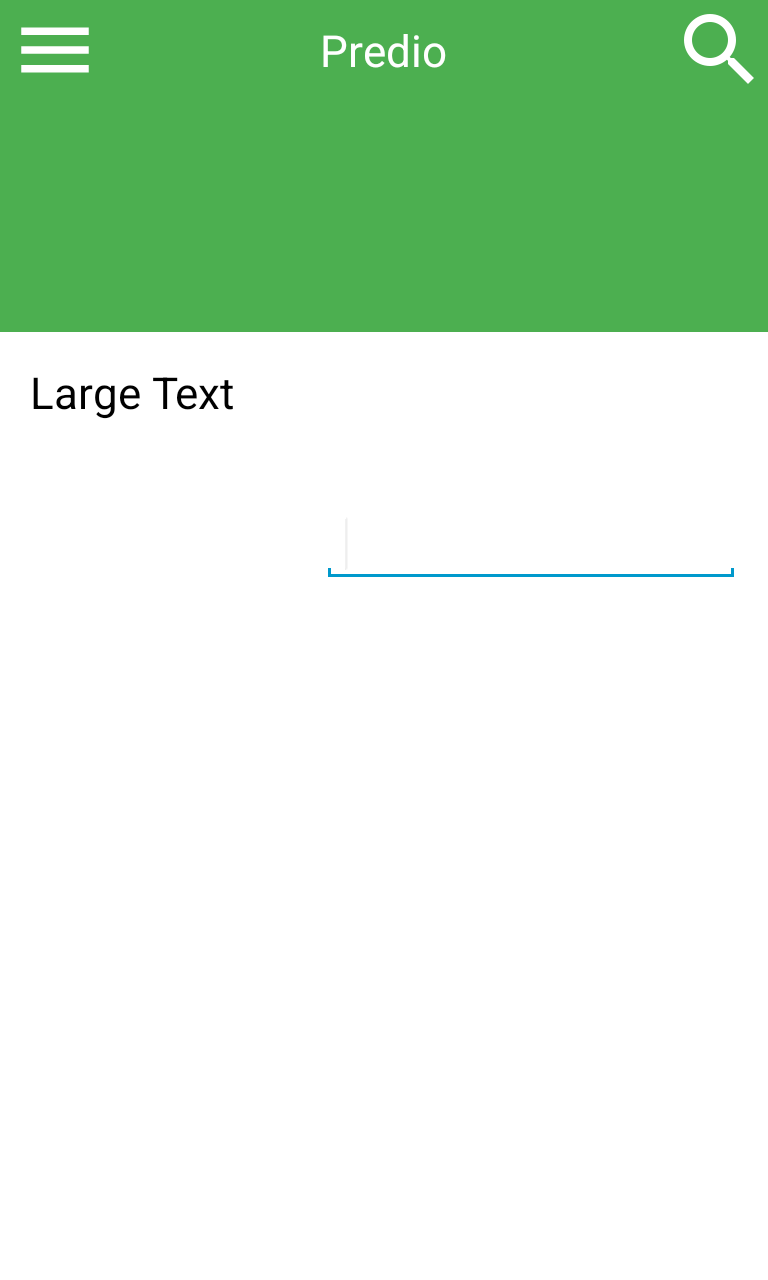
Repository: danielctf/Chilterra
Layout: Proyectos/Animales/res/layout/activity_baja_ganado.xml
These files come from the project's save history. The layout is drawn as it stood at one moment and after the next save; the edit follows.
It is drawn on a 768 x 1280 px phone screen (xhdpi) without system bars, with theme AppTheme; the app's code is not run.

Above is the layout before, as saved 2015-10-09 14:39:08.

After the next save:
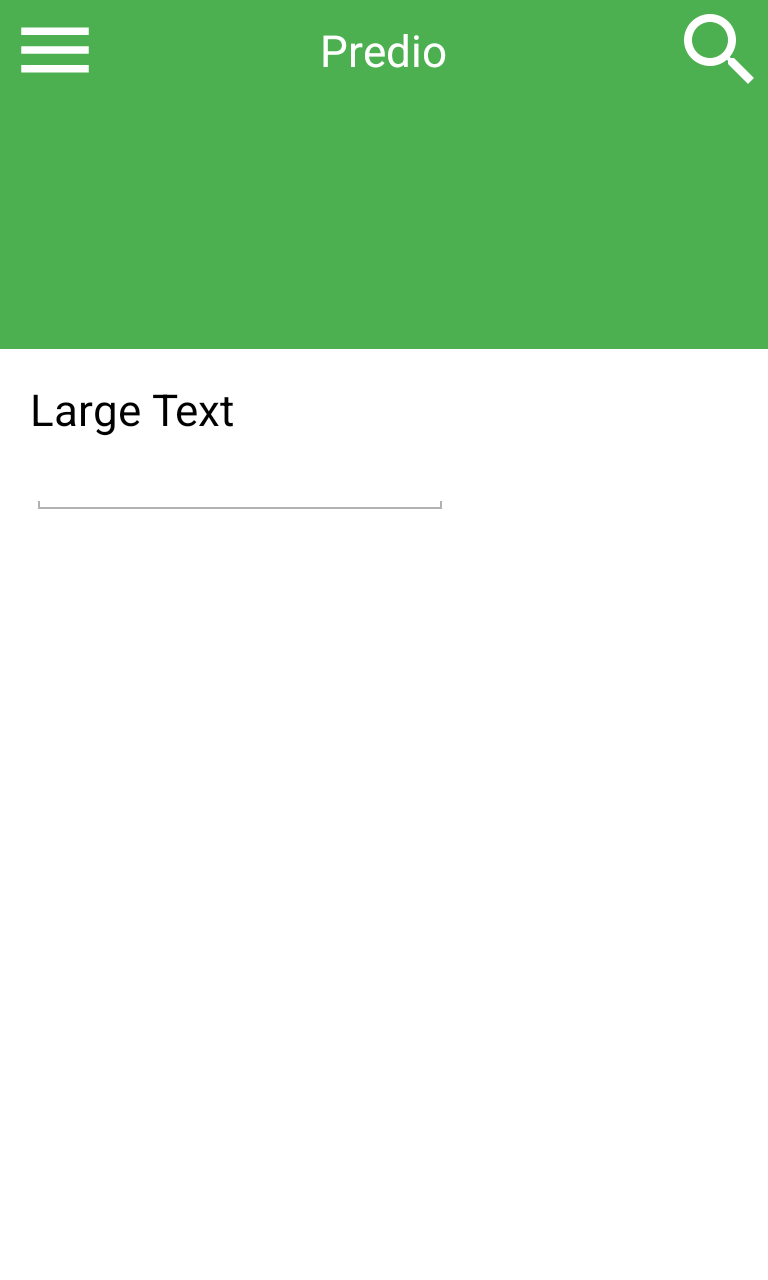
Saved 6 s later.
--- a/Proyectos/Animales/res/layout/activity_baja_ganado.xml
+++ b/Proyectos/Animales/res/layout/activity_baja_ganado.xml
@@ -77,14 +77,9 @@
             android:id="@+id/editText1"
             android:layout_width="wrap_content"
             android:layout_height="wrap_content"
+            android:layout_alignLeft="@+id/textView1"
             android:layout_below="@+id/textView1"
-            android:layout_marginLeft="43dp"
-            android:layout_marginTop="42dp"
-            android:layout_toRightOf="@+id/textView1"
-            android:ems="10" >
-
-            <requestFocus />
-        </EditText>
+            android:ems="10" />
 
     </RelativeLayout>
 
